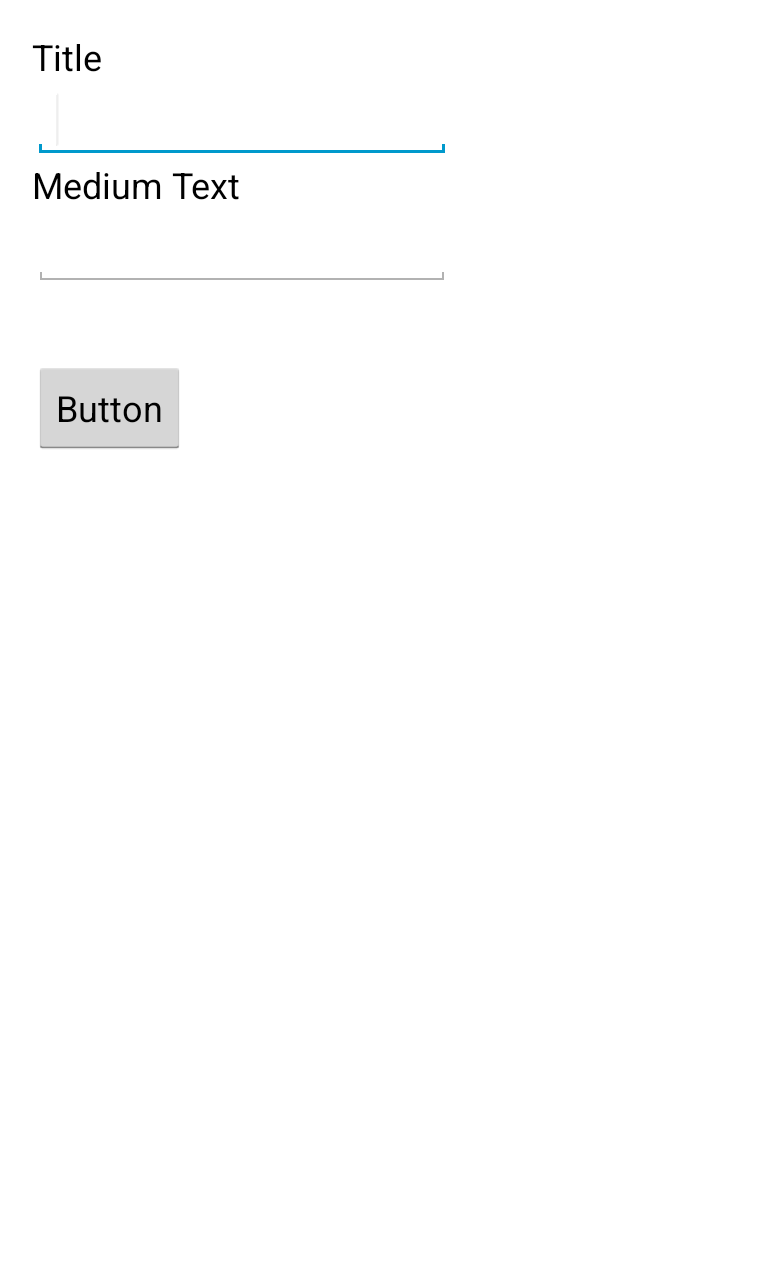
Repository: CMPUT301W14T11/Team11Prototype
Layout: LocationApp/res/layout/activity_enter_comments.xml
These files come from the project's save history. The layout is drawn as it stood at one moment and after the next save; the edit follows.
It is drawn on a 768 x 1280 px phone screen (xhdpi) without system bars, with theme AppTheme; the app's code is not run.

Above is the layout before, as saved 2014-02-18 17:47:27.

### LocationApp/res/layout/activity_enter_comments.xml
<LinearLayout xmlns:android="http://schemas.android.com/apk/res/android"
    xmlns:tools="http://schemas.android.com/tools"
    android:id="@+id/LinearLayout1"
    android:layout_width="match_parent"
    android:layout_height="match_parent"
    android:orientation="vertical"
    android:paddingBottom="@dimen/activity_vertical_margin"
    android:paddingLeft="@dimen/activity_horizontal_margin"
    android:paddingRight="@dimen/activity_horizontal_margin"
    android:paddingTop="@dimen/activity_vertical_margin"
    tools:context=".EnterCommentsActivity" >

    <TextView
        android:id="@+id/textView1"
        android:layout_width="wrap_content"
        android:layout_height="wrap_content"
        android:text="Title"
        android:textAppearance="?android:attr/textAppearanceMedium" />

    <EditText
        android:id="@+id/editText1"
        android:layout_width="wrap_content"
        android:layout_height="wrap_content"

        android:ems="10" >

        <requestFocus />
    </EditText>

    <TextView
        android:id="@+id/textView2"
        android:layout_width="wrap_content"
        android:layout_height="wrap_content"
        android:text="Medium Text"
        android:textAppearance="?android:attr/textAppearanceMedium" />

    <EditText
        android:id="@+id/editText2"
        android:layout_width="wrap_content"
        android:layout_height="wrap_content"
        android:ems="10"
        android:inputType="textMultiLine" />

    <Button
        android:id="@+id/button1"
        android:layout_width="wrap_content"
        android:layout_height="wrap_content"
        android:layout_marginTop="36dp"
        android:text="Button" />

</LinearLayout>

Loaded but not shown: LocationApp/res/values/styles.xml (common file); LocationApp/res/values-v11/styles.xml (common file); LocationApp/res/values-v14/styles.xml (common file); LocationApp/res/values/dimens.xml (common file); LocationApp/res/values-w820dp/dimens.xml (common file)

After the next save:
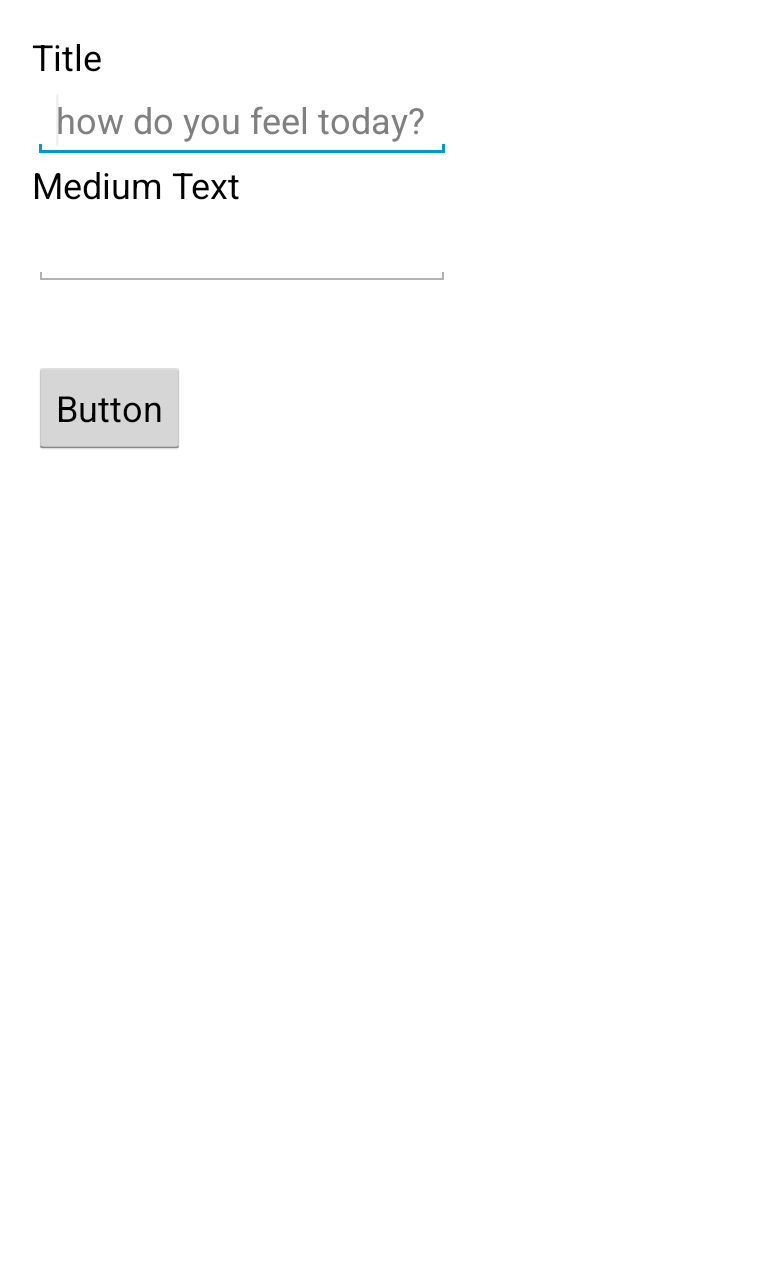
Saved 22 s later.
--- a/LocationApp/res/layout/activity_enter_comments.xml
+++ b/LocationApp/res/layout/activity_enter_comments.xml
@@ -21,7 +21,7 @@
         android:id="@+id/editText1"
         android:layout_width="wrap_content"
         android:layout_height="wrap_content"
-
+        android:hint="how do you feel today?"
         android:ems="10" >
 
         <requestFocus />
